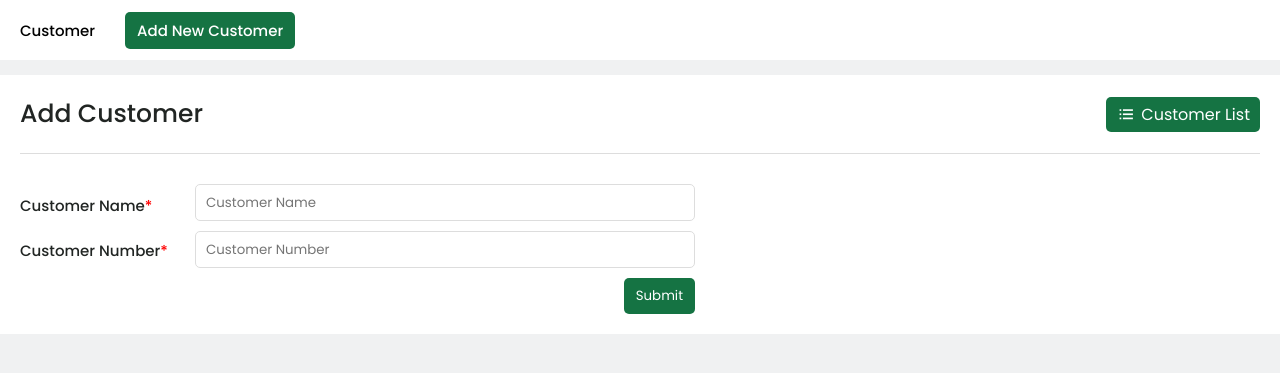
Repository: codebyaddro/customer-page
Page: pages/html/ancus.html
An editor plug-in stored every save of this project. The page is shown before and after a run of saves, followed by the edit.
The browser window is 1280 px wide. The pictures show the whole page.

Above is the page before, as saved 2025-02-20 15:20:13.

### pages/html/ancus.html
<!DOCTYPE html>
<html lang="en">
<head>
    <meta charset="UTF-8">
    <meta name="viewport" content="width=device-width, initial-scale=1.0">
    <!-- CSS -->
    <link rel="stylesheet" href="/pages/css/ancus.css">
    <!-- Icons -->
    <link href='https://unpkg.com/boxicons@2.1.4/css/boxicons.min.css' rel='stylesheet'>
    <title>Add New Customer - Page</title>
</head>
<body style="background-color: var(--gray-white);">
    <div class="cba-add-new-cus-container">
        <div class="cba-ancus-top-menus">
            <ul>
                <li><a href="/index.html" class="cba-ancus-light-up">Customer</a></li>
                <li><a href="/inner-pages/html/anc.html" class="cba-ancus-active-menu">Add New Customer</a></li>
            </ul>
        </div>
        <div class="cba-ancus-add-container">
            <div class="cba-ancus-heading-add-new-btn">
                <div class="cba-ancus-heading">
                    <h2>Add Customer</h2>
                </div>
                <div class="cba-ancus-cate-list-btn">
                    <i class='cba-ancus-add-icon bx bx-list-ul'></i>
                    <a href="/index.html">Customer List</a>
                </div>
            </div>
            <div class="cba-ancus-category-add-field">
                <div class="cba-ancus-form-con">
                    <div class="cba-ancus-label">
                        <label for="customer-name">Customer Name<span class="cba-ancus-required">*</span></label>
                        <label for="customer-number">Customer Number<span class="cba-ancus-required">*</span></label>
                    </div>
                    <div class="cba-ancus-input">
                        <input type="text" name="customer-name" id="customer-name" placeholder="Customer Name">
                        <input type="text" name="customer-number" id="customer-number" placeholder="Customer Number">
                        <div class="cba-ancus-submit-btn">
                            <input type="submit">
                        </div>
                    </div>
                </div>
            </div>
        </div>
    </div>
</body>
</html>

### pages/css/ancus.css
/* -- fonts -- */
@import url('https://fonts.googleapis.com/css2?family=Poppins:ital,wght@0,100;0,200;0,300;0,400;0,500;0,600;0,700;0,800;0,900;1,100;1,200;1,300;1,400;1,500;1,600;1,700;1,800;1,900&family=Raleway:ital,wght@0,100..900;1,100..900&family=Roboto:ital,wght@0,100;0,300;0,400;0,500;0,700;0,900;1,100;1,300;1,400;1,500;1,700;1,900&family=VT323&display=swap');

/* -- root -- */

:root {
    --gray-white: #F0F1F2;
    --white: #FFFFFF;
    --black: #000000;
    --gray-black: #DDDDDD;
    --light-black: #212523;
    --main-green: #157343;
    --main-light: #37A000;
    --light-orange: #FD7E14;
    --green: #008000;
    --light-green: #e9f6ec;
    --red: #FF0000;
    --light-red: #fbeaec;
}

/* --universal style -- */

* {
    margin: 0;
    padding: 0;
    box-sizing: border-box;
    font-family: "Poppins", serif;
}

/* -- website app text selection cursor style */

::selection {
    color: var(--white);
    background-color: var(--main-light);
}

/* -- add new container style -- */

.cba-add-new-cus-container {
    width: 100%;
}

/* -- top menus style--  */

.cba-ancus-top-menus {
    background-color: var(--white);
    display: flex;
    justify-content: left;
    align-items: center;
    height: 60px;
    padding: 0px 40px;
    margin-bottom: 15px;
}

.cba-ancus-top-menus ul {
    list-style-type: none;
    display: flex;
    gap: 30px;
    margin-left: -20px;
}

.cba-ancus-top-menus ul li a {
    text-decoration: none;
    color: var(--black);
    font-size: 15px;
    font-weight: 500;
}

/* -- active menu style -- */

.cba-ancus-active-menu {
    color: var(--white)!important;
    background-color: var(--main-green);
    padding: 8px 12px;
    border-radius: 5px;
}

/* -- menu hover style -- */

.cba-ancus-light-up:hover {
    color: var(--light-orange);
}

/* -- list container style -- */

.cba-ancus-add-container {
    background-color: var(--white);
    padding: 0px 20px;
}

/* -- heading-add-new-btn style -- */

.cba-ancus-heading-add-new-btn {
    display: flex;
    justify-content: space-between;
    align-items: center;
    border-bottom: 1px solid var(--gray-black);
    padding: 20px 0px;
}

.cba-ancus-heading h2 {
    color: var(--light-black);
    font-size: 25px;
    font-weight: 500;
}

/* -- add-new-btn style -- */

.cba-ancus-cate-list-btn {
    display: flex;
    gap: 5px;
    justify-content: baseline;
    align-items: center;
}

.cba-ancus-cate-list-btn {
    background-color: var(--main-green);
    padding: 5px 10px;
    border-radius: 5px;
}

.cba-ancus-cate-list-btn a {
    color: var(--white);
    text-decoration: none;
}

.cba-ancus-add-icon {
    color: var(--white);
    font-size: 20px;
}

/* -- customer add field style -- */

/* -- label red star style -- */
.cba-ancus-required {
    color: var(--red);
}

.cba-ancus-category-add-field {
    width: 50%;
    padding-top: 30px;
    padding-bottom: 20px;
}

.cba-ancus-form-con {
    display: grid;
    gap: 20px;
    grid-template-columns: 25% 75%;
}

.cba-ancus-form-con .cba-ancus-label {
    display: flex;
    justify-content: left;
    flex-direction: column;
}

.cba-ancus-input  {
    width: 500px;
}

.cba-ancus-form-con label {
    color: var(--light-black);
    font-size: 15px;
    font-weight: 500;
    margin-top: 10px;
    margin-bottom: 12px;
}

.cba-ancus-form-con input {
    display: flex;
    justify-content: left;
    flex-direction: column;
}

input[type="text"] {
    width: 100%;
    padding: 7.5px 10px;
    border: 1px solid var(--gray-black);
    border-radius: 5px;
    outline: none;
    margin-top: 0px;
    margin-bottom: 10px;
}

select {
    width: 100%;
    padding: 7.5px 10px;
    border: 1px solid var(--gray-black);
    border-radius: 5px;
    outline: none;
    appearance: none;
}

.cba-ancus-submit-btn {
    display: flex;
    justify-content: right;
    margin-top: 10px;
}

input[type="submit"] {
    background-color: var(--main-green);
    color: var(--white);
    border: none;
    border-radius: 5px;
    padding: 8px 12px;
    cursor: pointer;
}

After the next 3 saves:
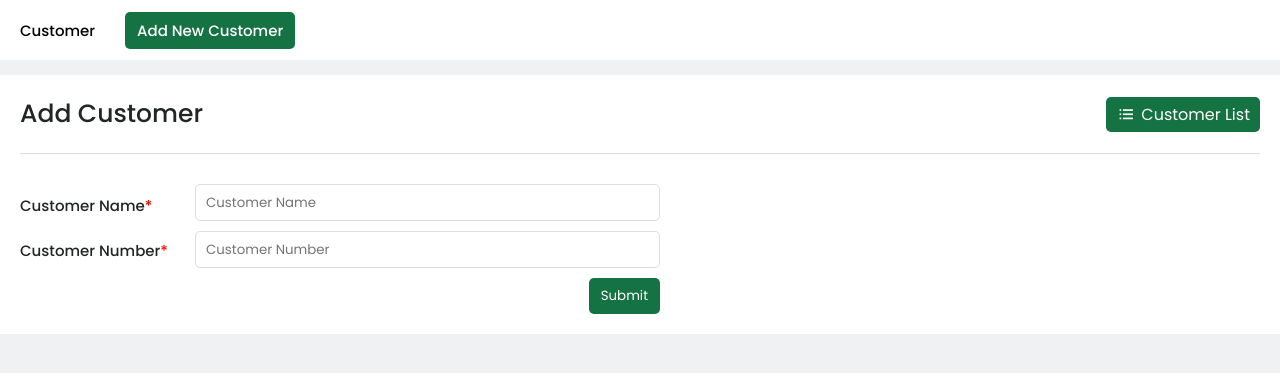
The 3 saves are shown as one change because they came seconds apart.
The last was saved 6 s later.
--- a/pages/css/ancus.css
+++ b/pages/css/ancus.css
@@ -154,7 +154,7 @@
     flex-direction: column;
 }
 
-.cba-ancus-input  {
+.cba-ancus-input > input {
     width: 500px;
 }
 
